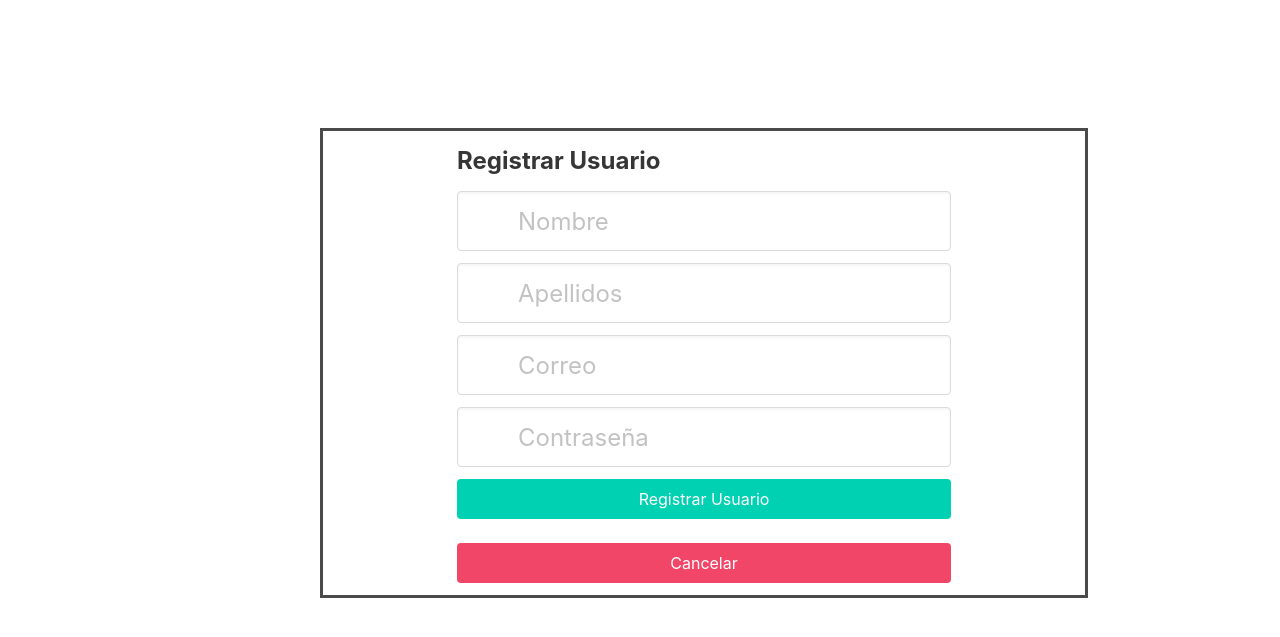
Repository: Spawnbig/ProyectoEspTec1
Page: /
The author's editor kept a copy of each file at every save. The page is drawn from the files as they stood at one save, then again after a run of saves.
The browser window is 1280 px wide. The pictures show the whole page.
The project was rebuilt for these pictures with package versions that can differ from the ones it lists, and the page was loaded fresh each time. Also part of the build but not shown: vite.config.js, src/views/Dashboard.vue.

Above is the page before, as saved 2022-07-08 22:06:03.

After the next 2 saves:
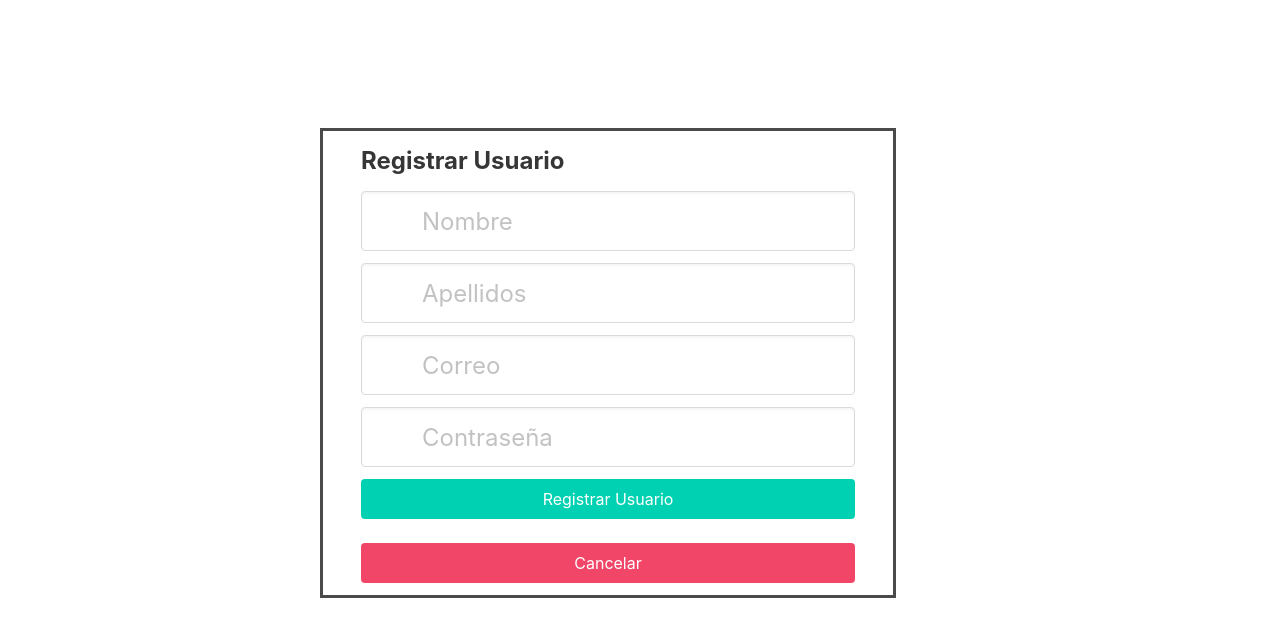
The 2 saves are shown as one change because they came seconds apart.
The last was saved 11 s later.
--- a/src/components/CrearUsuario.vue
+++ b/src/components/CrearUsuario.vue
@@ -71,7 +71,7 @@
 <style scoped>
 #Cuerpo{
   margin-top: 10%;
-  margin-right: 15%;
+  margin-right: 30%;
    display: grid;
   place-content: center;
   border-style: solid;
